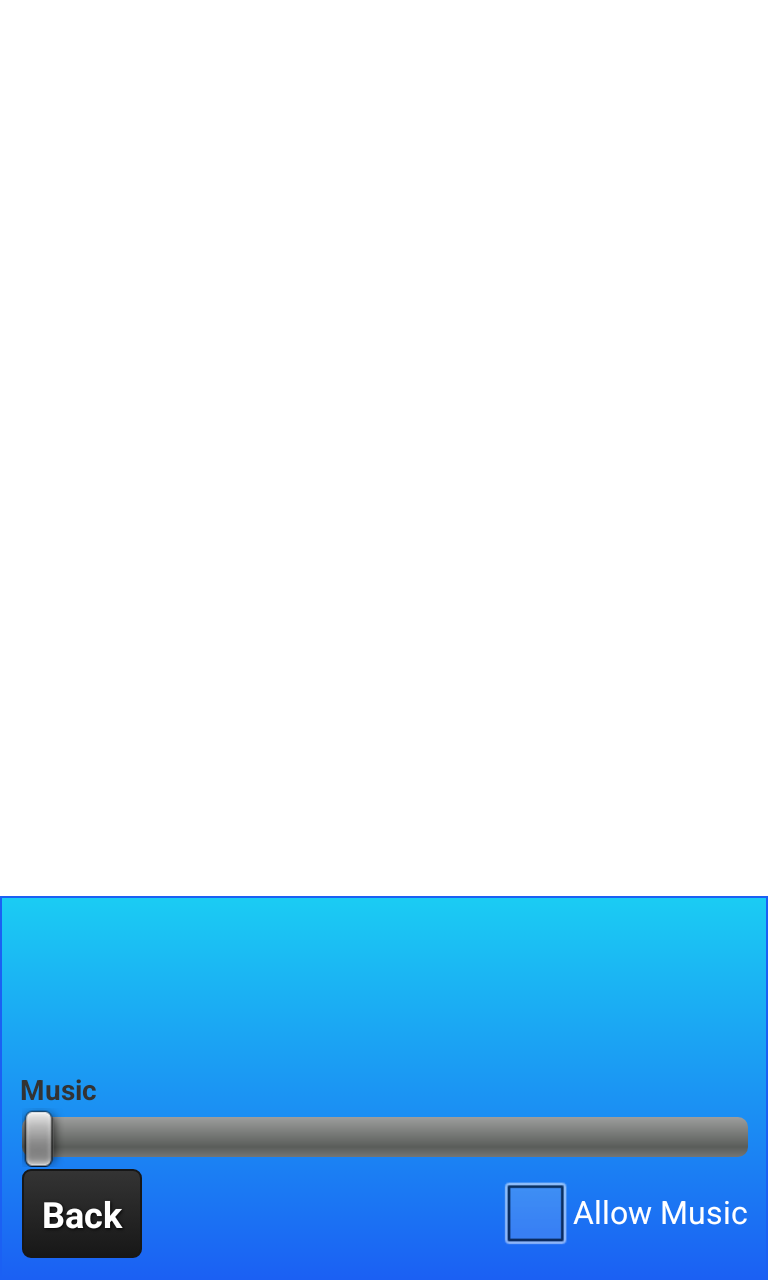
Repository: yuanpeixin/Project
Layout: GameForum/res/layout/setting.xml
The author's editor kept a copy of each file at every save. The layout is drawn from the files as they stood at one save, then again after the next save.
It is drawn on a 768 x 1280 px phone screen (xhdpi) without system bars, with theme android:Theme.Translucent; the app's code is not run.

Above is the layout before, as saved 2015-10-09 02:03:41.

After the next save:
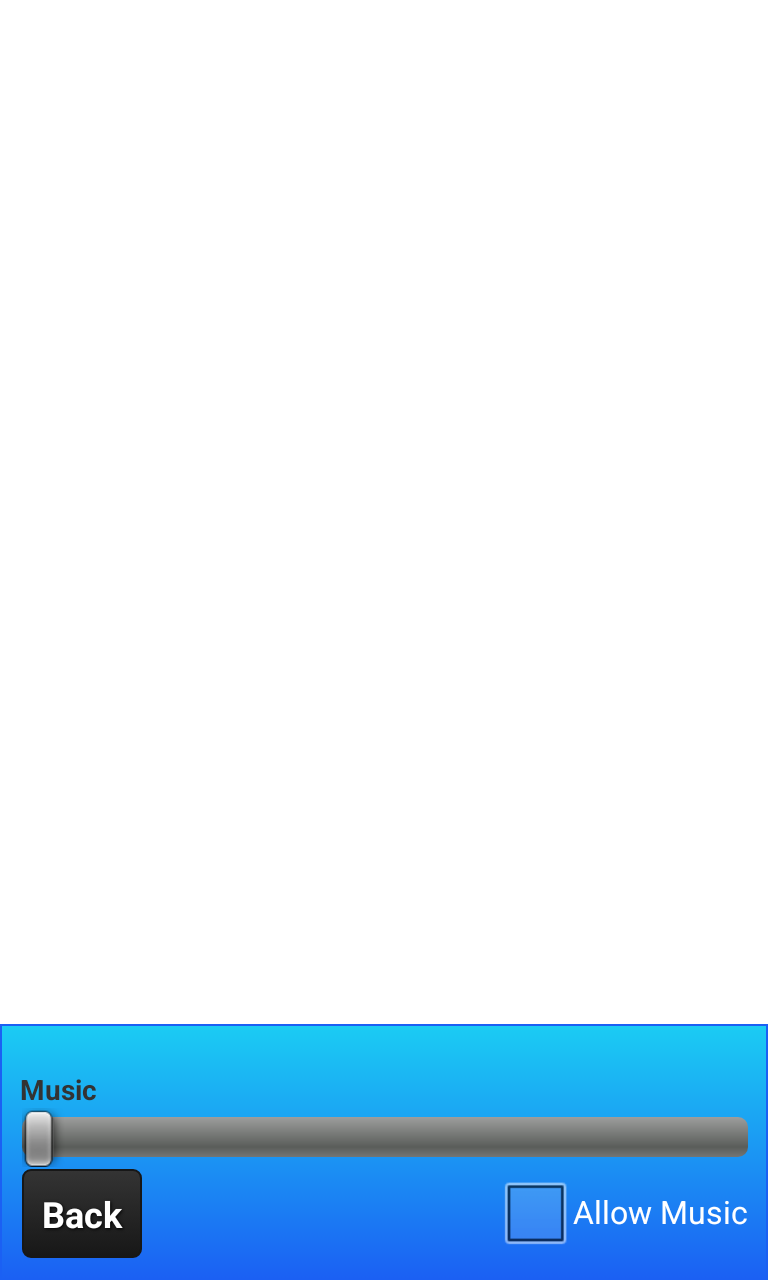
Saved 22 s later.
--- a/GameForum/res/layout/setting.xml
+++ b/GameForum/res/layout/setting.xml
@@ -8,15 +8,15 @@
     <LinearLayout
         android:layout_width="match_parent"
         android:layout_height="match_parent"
-        android:layout_weight="3" >
+        android:layout_weight="2"
+        android:onClick="Back" >
     </LinearLayout>
 
     <RelativeLayout
         android:layout_width="match_parent"
         android:layout_height="match_parent"
-        android:layout_weight="7"
-        android:background="@drawable/blue_gradient"
-        android:onClick="Back" >
+        android:layout_weight="8"
+        android:background="@drawable/blue_gradient" >
 
         <CheckBox
             android:id="@+id/sCheckBox"
